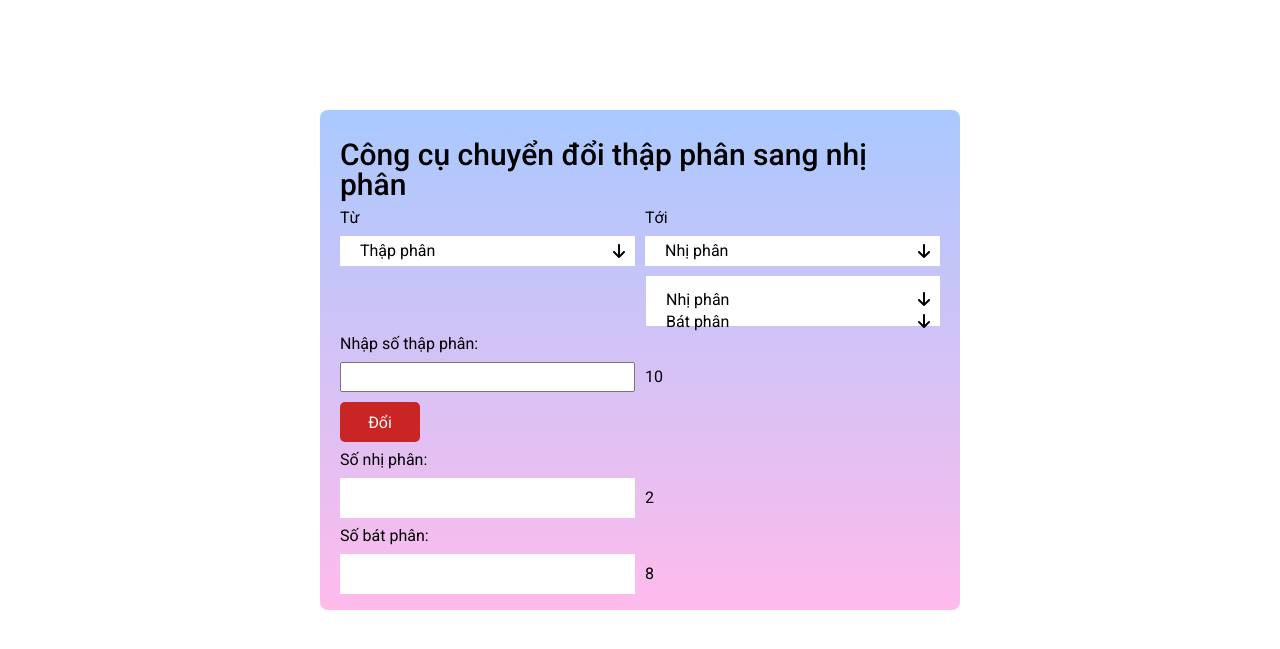
Repository: thuanpham00/covertNumber
Page: index.html
These files come from the project's save history. The page is drawn as it stood at one moment and after the next save; the edit follows.
The browser window is 1280 px wide. The pictures show the whole page.
Some web libraries are served in a nearby version. The style sheet was rebuilt from its Sass, Less or Tailwind sources for each picture, by a compiler version that may differ from the author's.

Above is the page before, as saved 2023-11-05 16:47:29.
Console error: TypeError: Cannot read properties of null (reading 'addEventListener')

### index.html
<!DOCTYPE html>
<html lang="en">
    <head>
        <meta charset="UTF-8" />
        <meta name="viewport" content="width=device-width, initial-scale=1.0" />
        <title>Convert Number</title>
        <link rel="stylesheet" href="./assets/css/main.css" />
        <link rel="preconnect" href="https://fonts.googleapis.com" />
        <link rel="preconnect" href="https://fonts.gstatic.com" crossorigin />
        <link
            href="https://fonts.googleapis.com/css2?family=Roboto:wght@400;500;700;900&display=swap"
            rel="stylesheet"
        />
        <script src="https://kit.fontawesome.com/3115b3f4f1.js"></script>
    </head>
    <body>
        <div class="container">
            <h1 class="title">Công cụ chuyển đổi thập phân sang nhị phân</h1>
            <div class="row">
                <span class="row__desc">Từ</span>
                <span class="row__desc">Tới</span>
            </div>
            <div class="row">
                <div class="row__type">
                    <div class="row__item">Thập phân</div>
                    <div class="row__icon">
                        <i class="fa-solid fa-arrow-down"></i>
                    </div>
                </div>

                <div class="row__type">
                    <div class="row__item">Nhị phân</div>
                    <div class="row__icon">
                        <i class="fa-solid fa-arrow-down"></i>
                    </div>
                </div>
            </div>
            <div class="list">
                <div class="list__item">
                    <div class="row__item">Nhị phân</div>
                    <div class="row__icon">
                        <i class="fa-solid fa-arrow-down"></i>
                    </div>
                </div>
                <div class="list__item">
                    <div class="row__item">Bát phân</div>
                    <div class="row__icon">
                        <i class="fa-solid fa-arrow-down"></i>
                    </div>
                </div>
            </div>
            <div class="container__wrapper">
                <div class="desc">Nhập số thập phân:</div>
                <form class="form" autocomplete="off">
                    <div class="row">
                        <input
                            type="text"
                            class="form__input"
                            name="numberInput"
                            required
                        />
                        <span>10</span>
                    </div>
                    <input type="submit" class="form__submit" value="Đổi" />
                </form>

                <div class="desc">Số nhị phân:</div>
                <div class="row">
                    <div class="result">
                        <span class="result__inner"></span>
                    </div>
                    <span>2</span>
                </div>
                <div class="desc">Số bát phân:</div>
                <div class="row">
                    <div class="result">
                        <span class="result__inner inner-2"></span>
                    </div>
                    <span>8</span>
                </div>
            </div>
        </div>

        <script src="./main.js"></script>
    </body>
</html>

### main.js
// // phần nguyên: integerPart
// // phần thập phân: decimalPart
window.addEventListener("load", function () {
    function convertDecimalToBinary(number) {
        let binary = [];
        let integerPart = Math.floor(number); // làm tròn xuống
        let decimalPart = number - integerPart;

        while (integerPart > 0) {
            let number1 = integerPart % 2;
            binary.unshift(number1);
            integerPart = Math.floor(integerPart / 2);
        }
        if (decimalPart > 0) {
            binary.push(".");

            let min = 0;
            let max = 16;
            while (decimalPart > 0 && min < max) {
                decimalPart = decimalPart * 2;
                let digit = Math.floor(decimalPart);
                binary.push(digit);
                decimalPart = decimalPart - digit;
                min++;
            }
        }
        return binary.join(""); // 8.625 (10) -> 1000.101 (2)
    }

    function convertDecimalToOctal(number) {
        let binary = [];
        let integerPart = Math.floor(number); // làm tròn xuống
        let decimalPart = number - integerPart;

        while (integerPart > 0) {
            let number1 = integerPart % 8;
            binary.unshift(number1);
            integerPart = Math.floor(integerPart / 8);
        }
        if (decimalPart > 0) {
            binary.push(".");

            let min = 0;
            let max = 16;
            while (decimalPart > 0 && min < max) {
                decimalPart = decimalPart * 8;
                let digit = Math.floor(decimalPart);
                binary.push(digit);
                decimalPart = decimalPart - digit;
                min++;
            }
        }
        return binary.join(""); // 11.25 (10) -> 13.2 (8)
    }
    const result = document.querySelector(".result__inner");
    const result2 = document.querySelector(".result__inner.inner-2");
    const form = document.querySelector(".form");
    form.addEventListener("submit", function (e) {
        e.preventDefault();
        const input = parseFloat(this.elements["numberInput"].value);
        result.textContent = convertDecimalToBinary(input);
        result2.textContent = convertDecimalToOctal(input);
    });

    const listType = document.querySelector(".row__list")
    listType.addEventListener("click", function(e) {
        const typeItem = e.target.querySelector(".row__type.type-2")
        typeItem.classList.add("type")
    })
});

### scss/main.scss
html,
body,
div,
span,
applet,
object,
iframe,
h1,
h2,
h3,
h4,
h5,
h6,
p,
blockquote,
pre,
a,
abbr,
acronym,
address,
big,
cite,
code,
del,
dfn,
em,
img,
ins,
kbd,
q,
s,
samp,
small,
strike,
strong,
sub,
sup,
tt,
var,
b,
u,
i,
center,
dl,
dt,
dd,
ol,
ul,
li,
fieldset,
form,
label,
legend,
table,
caption,
tbody,
tfoot,
thead,
tr,
th,
td,
article,
aside,
canvas,
details,
embed,
figure,
figcaption,
footer,
header,
hgroup,
menu,
nav,
output,
ruby,
section,
summary,
time,
mark,
audio,
video {
    margin: 0;
    padding: 0;
    border: 0;
    font-size: 100%;
    font: inherit;
    vertical-align: baseline;
}
/* HTML5 display-role reset for older browsers */
article,
aside,
details,
figcaption,
figure,
footer,
header,
hgroup,
menu,
nav,
section {
    display: block;
}
body {
    line-height: 1;
}
ol,
ul {
    list-style: none;
}
blockquote,
q {
    quotes: none;
}
blockquote:before,
blockquote:after,
q:before,
q:after {
    content: "";
    content: none;
}
table {
    border-collapse: collapse;
    border-spacing: 0;
}

*,
::after,
::before {
    box-sizing: border-box;
}

html {
    font-size: 62.5%;
}

body {
    background: #fff;
    font-size: 1.6rem;
    font-family: "Roboto", sans-serif;
}

input,
select,
textarea,
button {
    font-size: inherit;
    font-family: inherit;
}

.container {
    background-color: #a9c9ff;
    background-image: linear-gradient(180deg, #a9c9ff 0%, #ffbbec 100%);

    border-radius: 8px;
    padding: 10px 20px;
    height: 500px;
    position: absolute;
    top: 50%;
    left: 50%;
    transform: translate(-50%, -50%);

    .title {
        margin-top: 20px;
        font-size: 3rem;
        font-weight: 500;
    }

    .row {
        margin-top: 10px;
        display: grid;
        align-items: center;
        grid-template-columns: 1fr 1fr;
        column-gap: 10px;

        .row__type {
            display: flex;
            align-items: center;
            justify-content: space-between;
            padding-left: 20px;
            padding-right: 10px;
            height: 30px;
            width: 100%;
            background: #fff;

            pointer-events: none;

            > i {
                font-size: 0.6rem;
            }
        }

        .result {
            width: 100%;
            height: 40px;
            background: #fff;
            display: flex;
            align-items: center;
            padding-left: 20px;
        }
    }

    .desc {
        margin-top: 10px;
    }

    .form__input {
        height: 30px;
        padding: 5px 0px 5px 20px;
        outline: none;
    }

    .form__submit {
        margin-top: 10px;
        width: 80px;
        height: 40px;
        border-radius: 5px;
        background: #c92525;
        color: #fff;
        outline: none;
        border: none;
    }
}

.list {
    margin-left: auto;
    margin-top: 10px;
    padding-top: 10px;
    height: 50px;
    width: 49%;
    background: #fff;

    .list__item {
        margin-top: 5px;
        display: flex;
        align-items: center;
        justify-content: space-between;
        padding-left: 20px;
        padding-right: 10px;
    }
}

After the next save:
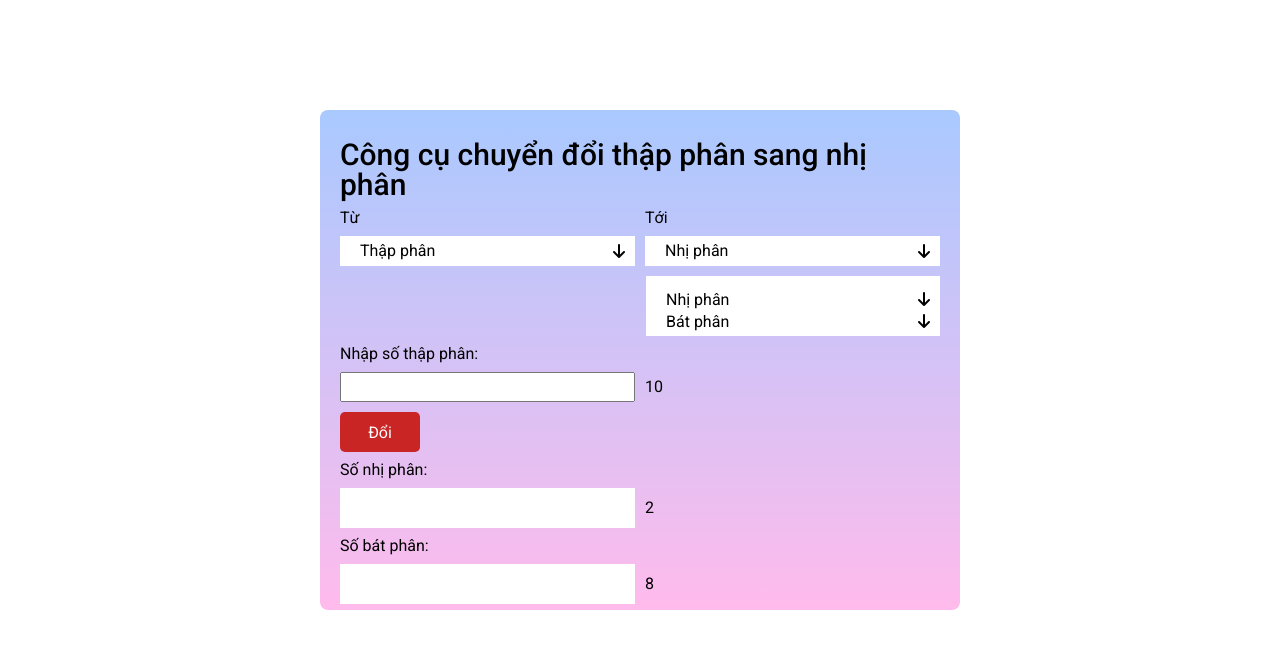
Saved 5 s later.
--- a/scss/main.scss
+++ b/scss/main.scss
@@ -225,7 +225,7 @@ button {
     margin-left: auto;
     margin-top: 10px;
     padding-top: 10px;
-    height: 50px;
+    height: 60px;
     width: 49%;
     background: #fff;
 
